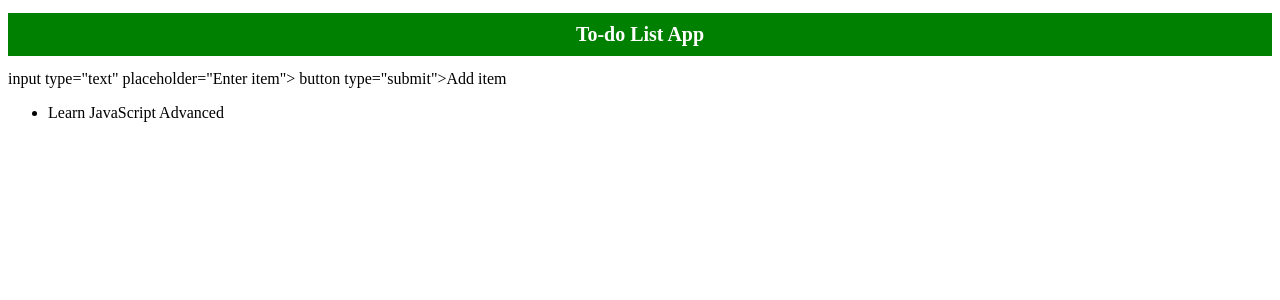
Repository: binhphanbp/WEB2064_JavaScript-Advanced_WD20305
Page: lesson4/lesson4.html
An editor plug-in stored every save of this project. The page is shown before and after the next save, followed by the edit.
The browser window is 1280 px wide. The pictures show the whole page.

Above is the page before, as saved 2025-09-22 13:10:52.

### lesson4/lesson4.html
<!DOCTYPE html>
<html lang="en">
  <head>
    <meta charset="UTF-8" />
    <meta name="viewport" content="width=device-width, initial-scale=1.0" />
    <title>Document</title>

    <style>
      .styleH1 {
        padding: 10px;
        text-align: center;
      }

      .anotherStyleH1 {
        box-shadow: 5px 5px 10px gray;
      }
    </style>
  </head>
  <body>
    <h1 id="h1Tag">To-do List App</h1>
    <div id="divTodo"></div>
    <ul id="ulTag"></ul>

    <script>
      const h1Tag = document.getElementById('h1Tag');
      const divTodo = document.getElementById('divTodo');
      const ulTag = document.getElementById('ulTag');

      // 1. Sử dụng style
      h1Tag.style = 'background-color: green; color: white';
      h1Tag.style.fontSize = '20px';

      // 2. Sử dụng với className
      h1Tag.className = 'styleH1';

      // 3. Sử dụng classList
      h1Tag.classList.add('anotherStyleH1');
      h1Tag.classList.remove('anotherStyleH1');

      // 4. Thêm một phần tử mới bằng createElement
      const liTag = document.createElement('li');
      liTag.innerText = 'Learn JavaScript Advanced';
      ulTag.appendChild(liTag);

      const inputTag = document.createElement('input');
      const buttonTag = document.createElement('button');
      buttonTag.innerText = 'Add item';
      inputTag.placeholder = 'Enter item';
      inputTag.type = 'text';
      divTodo.appendChild(inputTag);
      divTodo.appendChild(buttonTag);

      // 5. Thêm phần tử bằng HTML
      divTodo.innerHTML = `
        input type="text" placeholder="Enter item">
        button type="submit">Add item
      `;
    </script>
  </body>
</html>

After the next save:
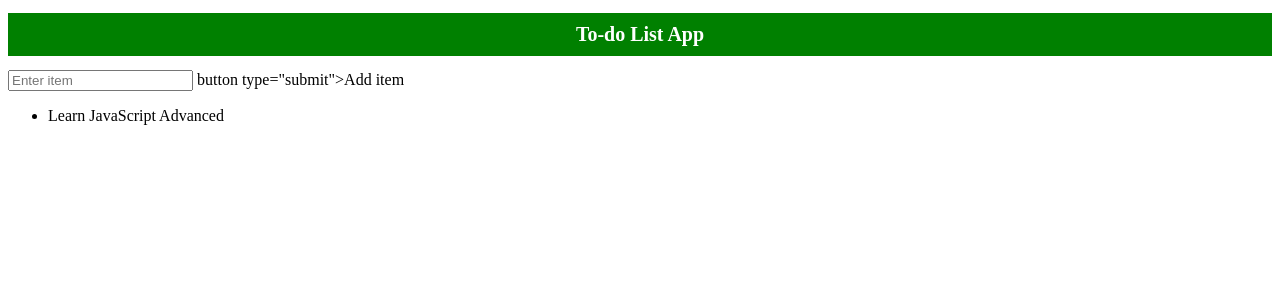
Saved 15 s later.
--- a/lesson4/lesson4.html
+++ b/lesson4/lesson4.html
@@ -52,7 +52,7 @@
 
       // 5. Thêm phần tử bằng HTML
       divTodo.innerHTML = `
-        input type="text" placeholder="Enter item">
+        <input type="text" placeholder="Enter item">
         button type="submit">Add item
       `;
     </script>
